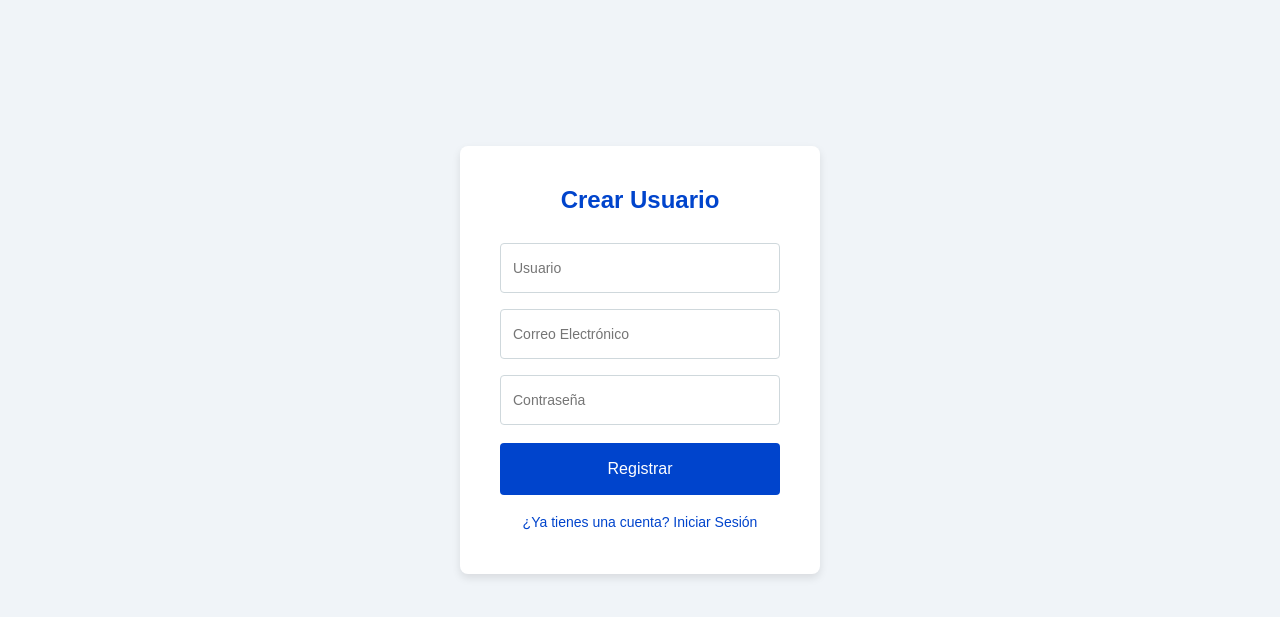
Repository: LexusJack/ProyectoDilanFork
Page: create.html
The author's editor kept a copy of each file at every save. The page is drawn from the files as they stood at one save, then again after the next save.
The browser window is 1280 px wide. The pictures show the whole page.

Above is the page before, as saved 2024-10-21 10:14:33.

After the next save:
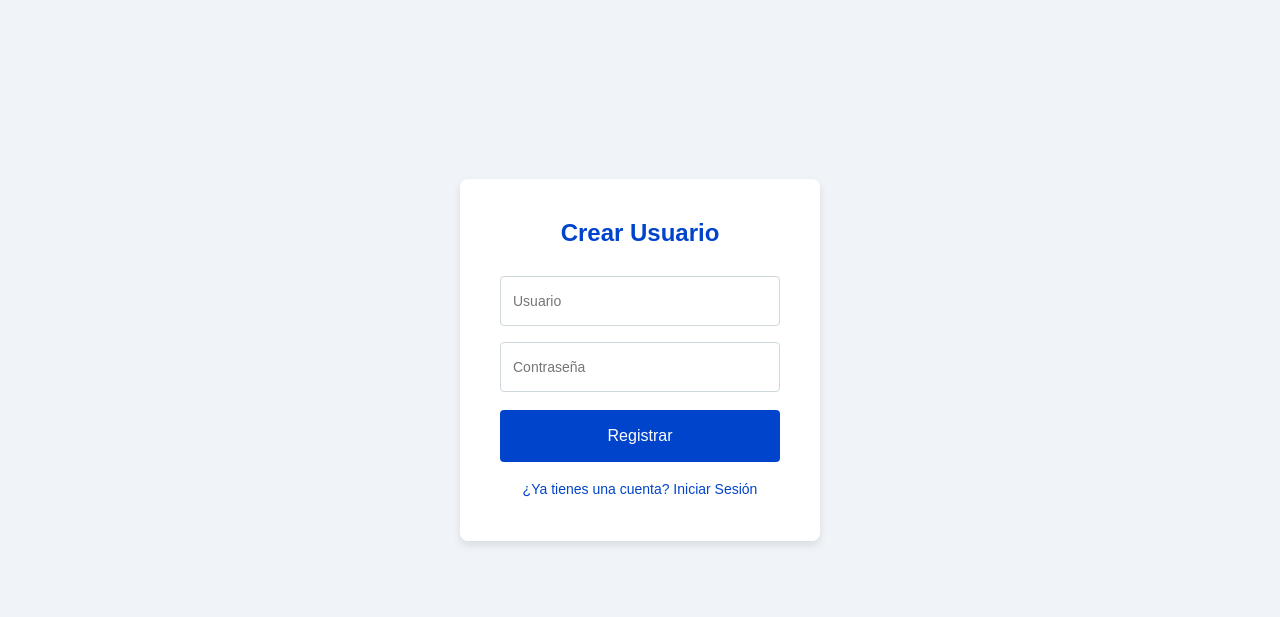
Saved 2 min 19 s later.
--- a/create.html
+++ b/create.html
@@ -79,7 +79,6 @@
       <h2>Crear Usuario</h2>
       <form id="registerForm">
         <input type="text" name="username" placeholder="Usuario" required />
-        <input type="email" name="email" placeholder="Correo Electrónico" required />
         <input type="password" name="password" placeholder="Contraseña" required />
         <button type="submit">Registrar</button>
         <a href="login.html">¿Ya tienes una cuenta? Iniciar Sesión</a>
@@ -91,7 +90,6 @@
         e.preventDefault();
 
         const username = e.target.username.value.trim();
-        const email = e.target.email.value.trim();
         const password = e.target.password.value;
 
         try {
@@ -100,7 +98,7 @@
             headers: {
               'Content-Type': 'application/json'
             },
-            body: JSON.stringify({ username, email, password }), // Incluir el correo electrónico en el cuerpo
+            body: JSON.stringify({ username, password }), // Solo incluir usuario y contraseña
           });
 
           if (response.ok) {
